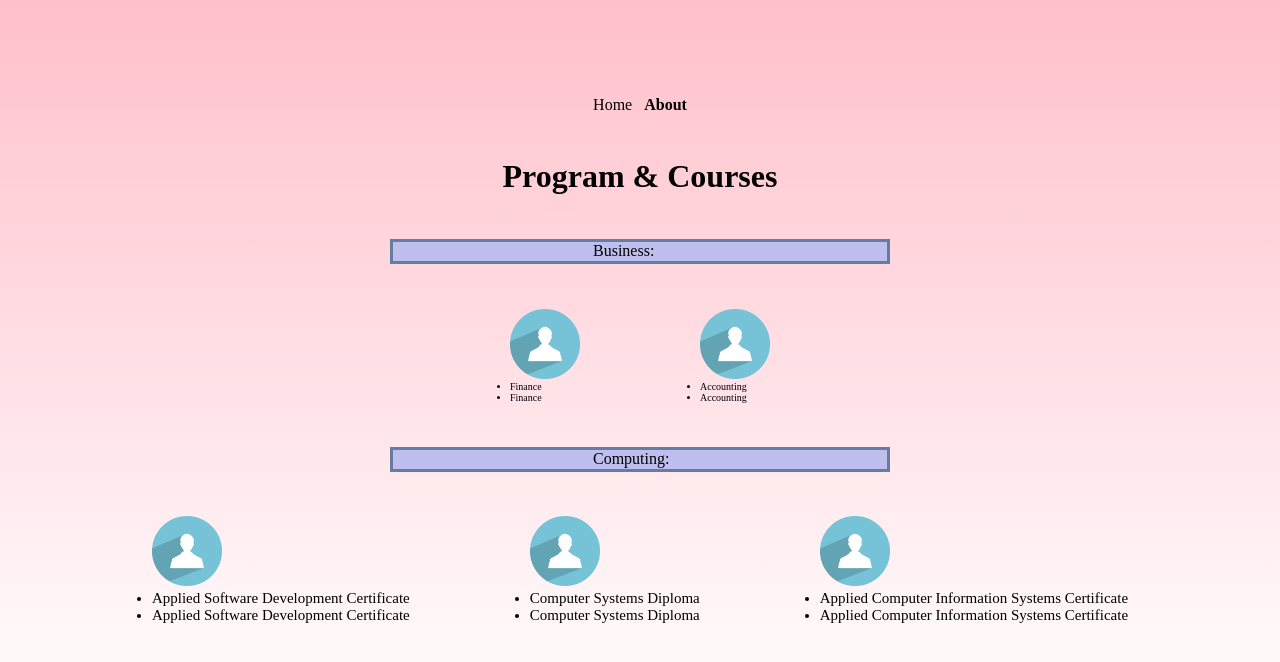
Repository: anoncoderin/madhu-assignment3
Page: /
The author's editor kept a copy of each file at every save. The page is drawn from the files as they stood at one save, then again after the next save.
The browser window is 1280 px wide. The pictures show the whole page.
The project was rebuilt for these pictures with package versions that can differ from the ones it lists, and the page was loaded fresh each time. The framework's server and built-in components were replaced by stand-ins that run in the browser. Also part of the build but not shown: next.config.js, components/Card/Card.module.css.

Above is the page before, as saved 2023-01-22 21:04:35.

### pages/index.js
import Head from 'next/head'
import Image from 'next/image'
import { Inter } from '@next/font/google'
import styles from '@/styles/Home.module.css'
import { useState } from 'react'
import data from '../data/education.json'
import Link from 'next/link'
import Card from '../components/Card'
import style from '../components/Card/Card.module.css'

export default function Home() {
  console.log(data);
  const [information, setInformation] = useState([...data])
  return (
    <>
      <Head>

      </Head>
      <main className={styles.main}>

        <p> Home &nbsp;&nbsp;
          <Link href="about"><b>About</b></Link>
        </p>
        <h1>Program & Courses</h1>
      <div className={styles.heading}>Business:</div>
      <div className={styles.row}>
      {
        information && information.map((info, index)=>{
          if(info.department === "Business"){
            return(
              <Card key={index} degree={info.degree}></Card>
            )
          }
        })
      }
      </div>
      <div className={styles.heading}>Computing:</div>
      <div className={styles.row}>
      {
        information && information.map((info, index)=>{
          if(info.department === "Computing"){
            return(

              <Card key={index} degree={info.degree} font={15}></Card>
            )
          }
        })
      }
      </div>
      </main>
    </>
  )
}

### styles/globals.css
:root {
  --max-width: 1100px;
  --border-radius: 12px;
  --font-mono: ui-monospace, Menlo, Monaco, 'Cascadia Mono', 'Segoe UI Mono',
    'Roboto Mono', 'Oxygen Mono', 'Ubuntu Monospace', 'Source Code Pro',
    'Fira Mono', 'Droid Sans Mono', 'Courier New', monospace;

  --foreground-rgb: 0, 0, 0;
  --background-start-rgb: 255, 192, 203;
  --background-end-rgb: 255, 255, 255;

  --primary-glow: conic-gradient(
    from 180deg at 50% 50%,
    hsla(78, 61%, 87%, 0.2) 0deg,
    #0885ff33 55deg,
    #54d6ff33 120deg,
    #0071ff33 160deg,
    transparent 360deg
  );
  --secondary-glow: radial-gradient(
    rgba(255, 255, 255, 1),
    rgba(255, 255, 255, 0)
  );

  --tile-start-rgb: 239, 245, 249;
  --tile-end-rgb: 228, 232, 233;
  --tile-border: conic-gradient(
    #00000080,
    #00000040,
    #00000030,
    #00000020,
    #00000010,
    #00000010,
    #00000080
  );

  --callout-rgb: 238, 240, 241;
  --callout-border-rgb: 172, 175, 176;
  --card-rgb: 180, 185, 188;
  --card-border-rgb: 131, 134, 135;
}

@media (prefers-color-scheme: dark) {
  :root {
    --foreground-rgb: 255, 255, 255;
    --background-start-rgb: 0, 0, 0;
    --background-end-rgb: 0, 0, 0;

    --primary-glow: radial-gradient(rgba(1, 65, 255, 0.4), rgba(1, 65, 255, 0));
    --secondary-glow: linear-gradient(
      to bottom right,
      rgba(1, 65, 255, 0),
      rgba(1, 65, 255, 0),
      rgba(1, 65, 255, 0.3)
    );

    --tile-start-rgb: 2, 13, 46;
    --tile-end-rgb: 2, 5, 19;
    --tile-border: conic-gradient(
      #ffffff80,
      #ffffff40,
      #ffffff30,
      #ffffff20,
      #ffffff10,
      #ffffff10,
      #ffffff80
    );

    --callout-rgb: 20, 20, 20;
    --callout-border-rgb: 108, 108, 108;
    --card-rgb: 100, 100, 100;
    --card-border-rgb: 200, 200, 200;
  }
}

* {
  box-sizing: border-box;
  padding: 0;
  margin: 0;
}

html,
body {
  max-width: 100vw;
  overflow-x: hidden;
}

body {
  color: rgb(var(--foreground-rgb));
  background: linear-gradient(
      to bottom,
      transparent,
      rgb(var(--background-end-rgb))
    )
    rgb(var(--background-start-rgb));
}

a {
  color: inherit;
  text-decoration: none;
}

@media (prefers-color-scheme: dark) {
  html {
    color-scheme: dark;
  }
}

### styles/Home.module.css
.main {
  display: flex;
  flex-direction: column;
  justify-content: space-between;
  align-items: center;
  padding: 6rem;
  min-height: 100vh;
}
.row{
  display: flex;
  flex-direction: row;
  justify-content:space-evenly;
  gap: 120px;

}


.heading{
  padding-left: 200px;
  height: 25px;
  width: 500px;
  background-color: #bebeef;
  border-style:solid;
  border-color:#657d9f;
}

.degree{
  display: flex;
  flex-direction: column;

  gap: 5px;
}

.description {
  display: inherit;
  justify-content: inherit;
  align-items: inherit;
  font-size: 0.85rem;
  max-width: var(--max-width);
  width: 100%;
  z-index: 2;
  font-family: var(--font-mono);
}

.description a {
  display: flex;
  justify-content: center;
  align-items: center;
  gap: 0.5rem;
}

.description p {
  position: relative;
  margin: 0;
  padding: 1rem;
  background-color: rgba(var(--callout-rgb), 0.5);
  border: 1px solid rgba(var(--callout-border-rgb), 0.3);
  border-radius: var(--border-radius);
}

.code {
  font-weight: 700;
  font-family: var(--font-mono);
}

.grid {
  display: grid;
  grid-template-columns: repeat(4, minmax(25%, auto));
  width: var(--max-width);
  max-width: 100%;
}

.card {
  padding: 1rem 1.2rem;
  border-radius: var(--border-radius);
  background: rgba(var(--card-rgb), 0);
  border: 1px solid rgba(var(--card-border-rgb), 0);
  transition: background 200ms, border 200ms;
}

.card span {
  display: inline-block;
  transition: transform 200ms;
}

.card h2 {
  font-weight: 600;
  margin-bottom: 0.7rem;
}

.card p {
  margin: 0;
  opacity: 0.6;
  font-size: 0.9rem;
  line-height: 1.5;
  max-width: 30ch;
}

.center {
  display: flex;
  justify-content: center;
  align-items: center;
  position: relative;
  padding: 4rem 0;
}

.center::before {
  background: var(--secondary-glow);
  border-radius: 50%;
  width: 480px;
  height: 360px;
  margin-left: -400px;
}

.center::after {
  background: var(--primary-glow);
  width: 240px;
  height: 180px;
  z-index: -1;
}

.center::before,
.center::after {
  content: '';
  left: 50%;
  position: absolute;
  filter: blur(45px);
  transform: translateZ(0);
}

.logo,
.thirteen {
  position: relative;
}

.thirteen {
  display: flex;
  justify-content: center;
  align-items: center;
  width: 75px;
  height: 75px;
  padding: 25px 10px;
  margin-left: 16px;
  transform: translateZ(0);
  border-radius: var(--border-radius);
  overflow: hidden;
  box-shadow: 0px 2px 8px -1px #0000001a;
}

.thirteen::before,
.thirteen::after {
  content: '';
  position: absolute;
  z-index: -1;
}

/* Conic Gradient Animation */
.thirteen::before {
  animation: 6s rotate linear infinite;
  width: 200%;
  height: 200%;
  background: var(--tile-border);
}

/* Inner Square */
.thirteen::after {
  inset: 0;
  padding: 1px;
  border-radius: var(--border-radius);
  background: linear-gradient(
    to bottom right,
    rgba(var(--tile-start-rgb), 1),
    rgba(var(--tile-end-rgb), 1)
  );
  background-clip: content-box;
}

/* Enable hover only on non-touch devices */
@media (hover: hover) and (pointer: fine) {
  .card:hover {
    background: rgba(var(--card-rgb), 0.1);
    border: 1px solid rgba(var(--card-border-rgb), 0.15);
  }

  .card:hover span {
    transform: translateX(4px);
  }
}

@media (prefers-reduced-motion) {
  .thirteen::before {
    animation: none;
  }

  .card:hover span {
    transform: none;
  }
}

/* Mobile */
@media (max-width: 700px) {
  .content {
    padding: 4rem;
  }

  .grid {
    grid-template-columns: 1fr;
    margin-bottom: 120px;
    max-width: 320px;
    text-align: center;
  }

  .card {
    padding: 1rem 2.5rem;
  }

  .card h2 {
    margin-bottom: 0.5rem;
  }

  .center {
    padding: 8rem 0 6rem;
  }

  .center::before {
    transform: none;
    height: 300px;
  }

  .description {
    font-size: 0.8rem;
  }

  .description a {
    padding: 1rem;
  }

  .description p,
  .description div {
    display: flex;
    justify-content: center;
    position: fixed;
    width: 100%;
  }

  .description p {
    align-items: center;
    inset: 0 0 auto;
    padding: 2rem 1rem 1.4rem;
    border-radius: 0;
    border: none;
    border-bottom: 1px solid rgba(var(--callout-border-rgb), 0.25);
    background: linear-gradient(
      to bottom,
      rgba(var(--background-start-rgb), 1),
      rgba(var(--callout-rgb), 0.5)
    );
    background-clip: padding-box;
    backdrop-filter: blur(24px);
  }

  .description div {
    align-items: flex-end;
    pointer-events: none;
    inset: auto 0 0;
    padding: 2rem;
    height: 200px;
    background: linear-gradient(
      to bottom,
      transparent 0%,
      rgb(var(--background-end-rgb)) 40%
    );
    z-index: 1;
  }
}

/* Tablet and Smaller Desktop */
@media (min-width: 701px) and (max-width: 1120px) {
  .grid {
    grid-template-columns: repeat(2, 50%);
  }
}

@media (prefers-color-scheme: dark) {
  .vercelLogo {
    filter: invert(1);
  }

  .logo,
  .thirteen img {
    filter: invert(1) drop-shadow(0 0 0.3rem #ffffff70);
  }
}

@keyframes rotate {
  from {
    transform: rotate(360deg);
  }
  to {
    transform: rotate(0deg);
  }
}

### data/education.json
[
        {
            "studentNumber": "A0004567",
            "firstName": "Person 1",
            "gpa": 3.8,
            "department": "Business",
            "degree": "Finance",
            "graduted": 2014
        },
        {
            "studentNumber": "A0001234",
            "firstName": "Person 2",
            "gpa": 3.5,
            "department": "Business",
            "degree": "Accounting",
            "graduted": 2010
        },
        {
            "studentNumber": "A0007890",
            "firstName": "Person 3",
            "gpa": 3.2,
            "department": "Computing",
            "degree": "Applied Software Development Certificate",
            "graduted": 2018
        },
        {
            "studentNumber": "A0007828",
            "firstName": "Person 4",
            "gpa": 3.9,
            "department": "Computing",
            "degree": "Computer Systems Diploma",
            "graduted": 2021
        },
        {
            "studentNumber": "A0003425",
            "firstName": "Person 5",
            "gpa": 3.2,
            "department": "Computing",
            "degree": "Applied Computer Information Systems Certificate",
            "graduted": 2021
        }

]

### components/Card/index.js
export default function Card(
    {
        degree="none",
        color="purple",
        font=10,
        image='icon/personTwo.png'
    }
){
    return(
        <div  style={{backgroundcolor:color, fontSize:font }}>
           <img src={'icon/person.png'} width="70px"></img>
           <ul> <li>{degree}
            </li>
            <li>{degree}
            </li>
            </ul>
        </div>
    )
}

Loaded but not shown: pages/_app.js (common file); pages/_document.js (common file)

After the next save:
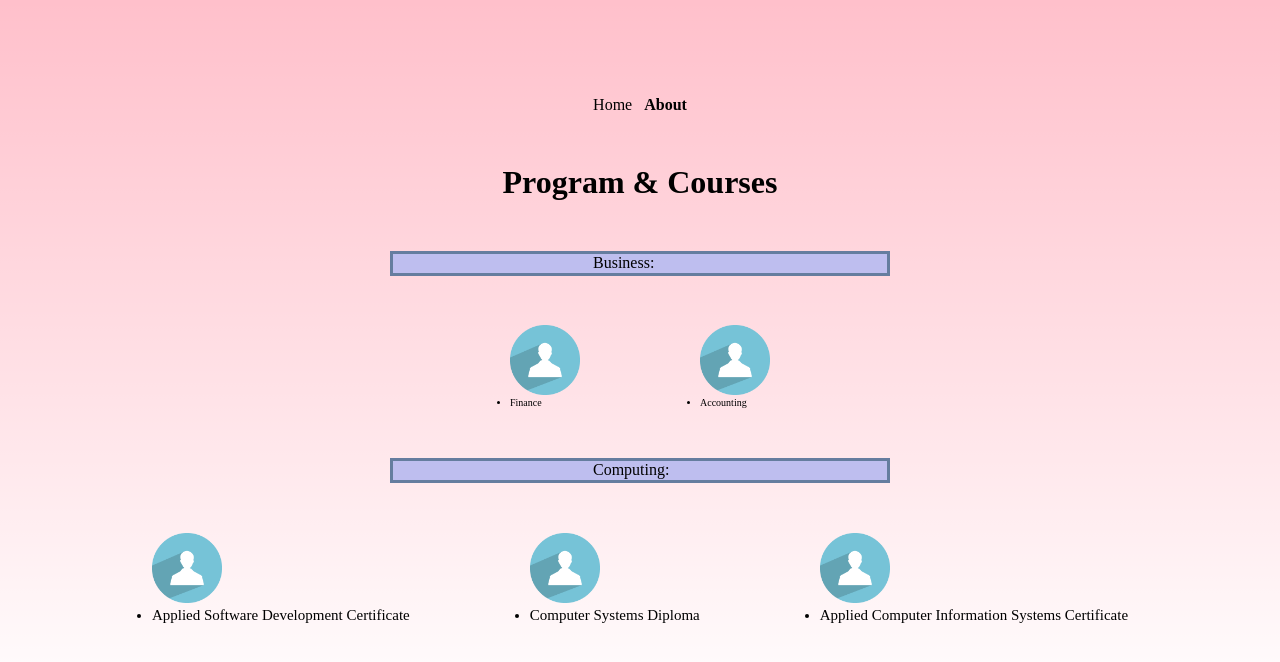
Saved 15 s later.
--- a/components/Card/index.js
+++ b/components/Card/index.js
@@ -11,8 +11,7 @@
            <img src={'icon/person.png'} width="70px"></img>
            <ul> <li>{degree}
             </li>
-            <li>{degree}
-            </li>
+
             </ul>
         </div>
     )
